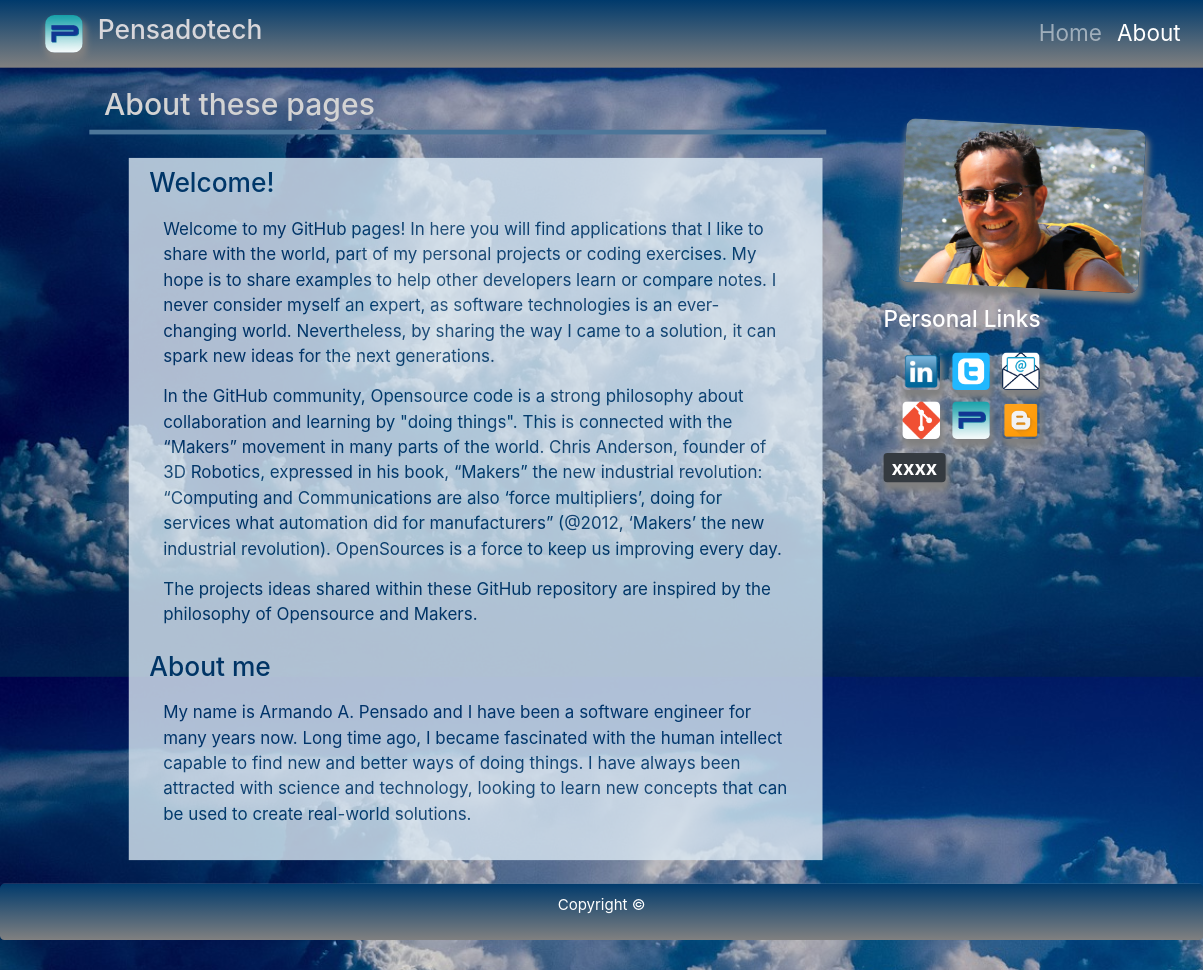
Repository: pensadotech/pensadotech.github.io
Page: about.html
An editor plug-in stored every save of this project. The page is shown before and after a run of saves, followed by the edit.
The browser window is 1280 px wide. The pictures show the whole page, at 94% of full size.
Backgrounds fixed to the window are drawn as part of the page.

Above is the page before, as saved 2022-10-08 09:57:37.

After the next 2 saves:
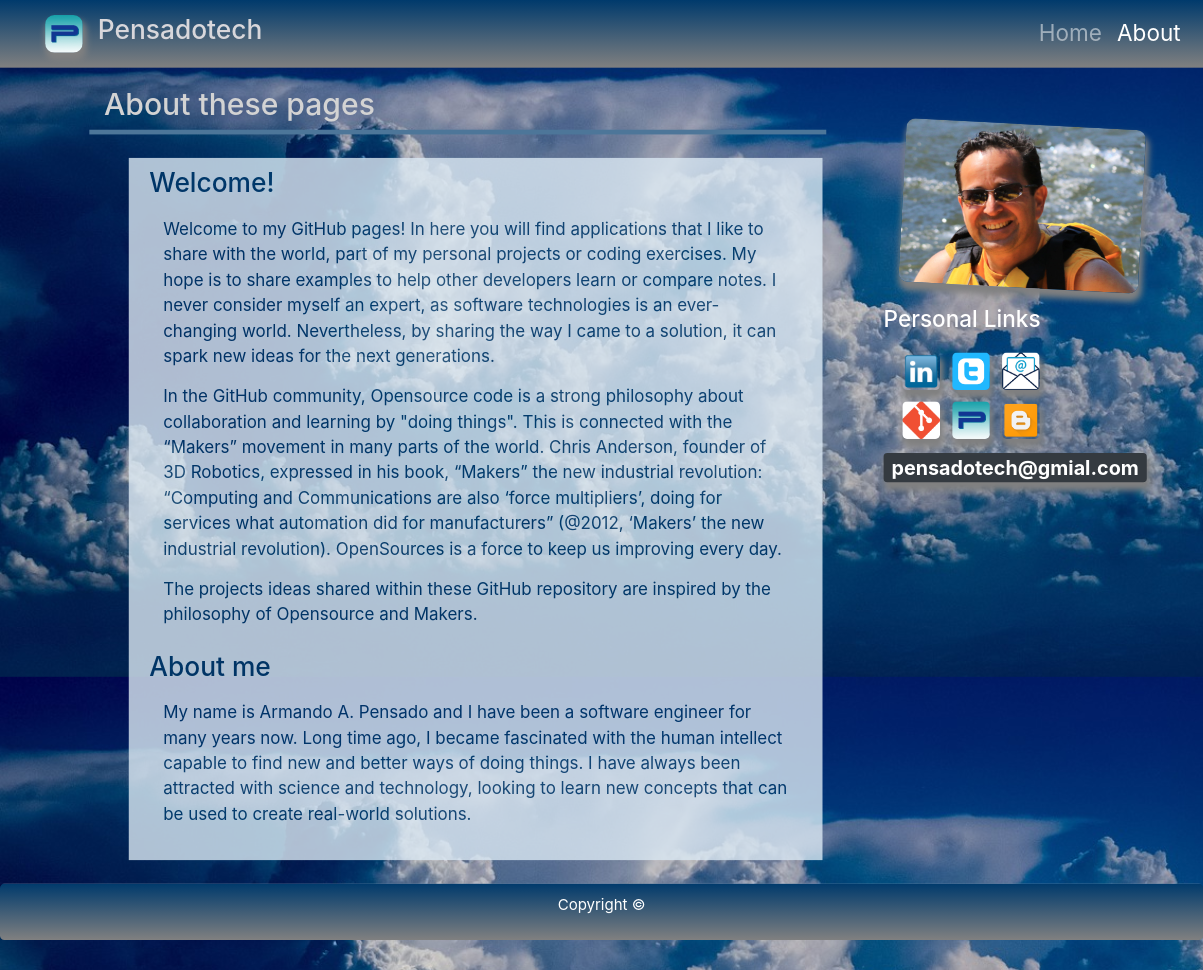
The 2 saves are shown as one change because they came seconds apart.
The last was saved 18 s later.
--- a/about.html
+++ b/about.html
@@ -163,7 +163,7 @@
           <!-- perLinkGroup -->
 
           <h3 class="contactLinks">
-            <span class="badge badge-dark imageShadow">xxxx</span>
+            <span class="badge badge-dark imageShadow">pensadotech@gmial.com</span>
           </h3>
 
         </div>
